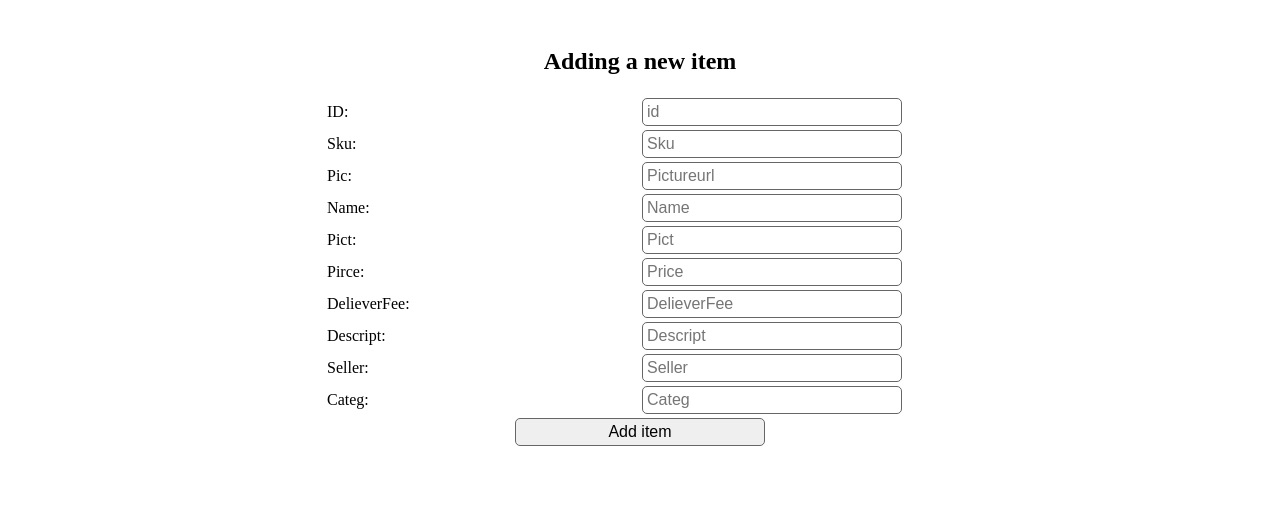
Repository: UnforgivenZZZ/bulldog
Page: bulldog/WebContent/WEB-INF/addingitem.html
The author's editor kept a copy of each file at every save. The page is drawn from the files as they stood at one save, then again after the next save.
The browser window is 1280 px wide. The pictures show the whole page.

Above is the page before, as saved 2017-07-13 01:36:17.

### bulldog/WebContent/WEB-INF/addingitem.html
<!DOCTYPE html PUBLIC "-//W3C//DTD HTML 4.01 Transitional//EN" "http://www.w3.org/TR/html4/loose.dtd">
<html>
<head>
<meta http-equiv="Content-Type" content="text/html; charset=ISO-8859-1">
<title>Send an e-mail</title>
<link type="text/css" rel="stylesheet" href="css/add-products-style.css">
</head>
<body>

<!-- 	id,sku,pic,name,pict,price,delieverFee,descript,seller,categ,postDate -->
    <form action="adding" method="post">
        <table border="0" width="45%" align="center">
            <caption><h2>Adding a new item</h2></caption>
             <tr>
                <td width="50%">ID: </td>
                <td><input type="text" placeholder="id" name="_id"></td>
            </tr>
             <tr>
                <td width="50%">Sku: </td>
                <td><input type="text" placeholder="Sku" name="_Sku"></td>
            </tr>
            <tr>
                <td>Pic: </td>
                <td><input type="text" placeholder="Pictureurl" name="_Pictureurl"></td>
            </tr>
            <tr>
                <td>Name: </td>
                <td><input type="text" placeholder="Name" name="_Name"></td>
            </tr>
             <tr>
                <td>Pict: </td>
                <td><input type="text" placeholder="Pict" name="_Pict"></td>
            </tr>
             <tr>
                <td>Pirce: </td>
                <td><input type="text" placeholder="Price" name="_Price"></td>
            </tr>
            <tr>
                <td>DelieverFee: </td>
                <td><input type="text" placeholder="DelieverFee" name="_DelieverFee"></td>
            </tr>
            <tr>
                <td>Descript: </td>
                <td><input type="text" placeholder="Descript" name="_Descript"></td>
            </tr>
             <tr>
                <td>Seller: </td>
                <td><input type="text" placeholder="Seller" name="_Seller"></td>
            </tr>
            <tr>
                <td>Categ: </td>
                <td><input type="text" placeholder="Categ" name="_Categ"></td>
            </tr>



			<br/>

            <tr>
            <!-- change to onlick cannot proces if not working with duplicate -->
                <td colspan="2" align="center"><input type="Submit" value="Add item" /></td>
            </tr>
        </table>

    </form>
</body>
</html>

Loaded but not shown: bulldog/WebContent/css/add-products-style.css (common file)

After the next save:
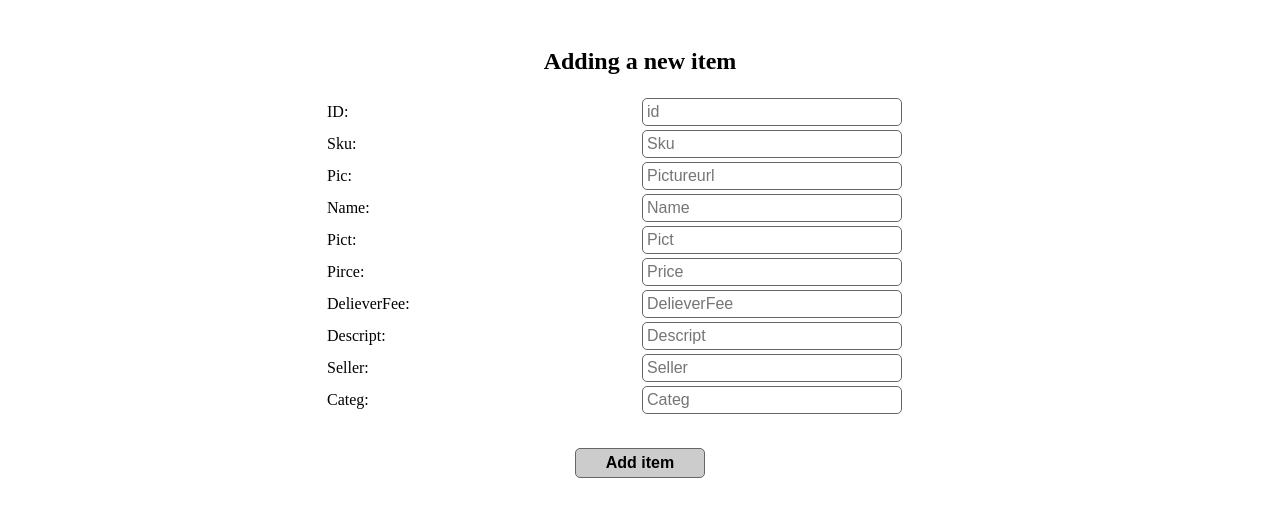
Saved 76 s later.
--- a/bulldog/WebContent/WEB-INF/addingitem.html
+++ b/bulldog/WebContent/WEB-INF/addingitem.html
@@ -58,7 +58,7 @@
 
             <tr>
             <!-- change to onlick cannot proces if not working with duplicate -->
-                <td colspan="2" align="center"><input type="Submit" value="Add item" /></td>
+                <td colspan="2" align="center"><input type="Submit" value="Add item" class="save"/></td>
             </tr>
         </table>
 
